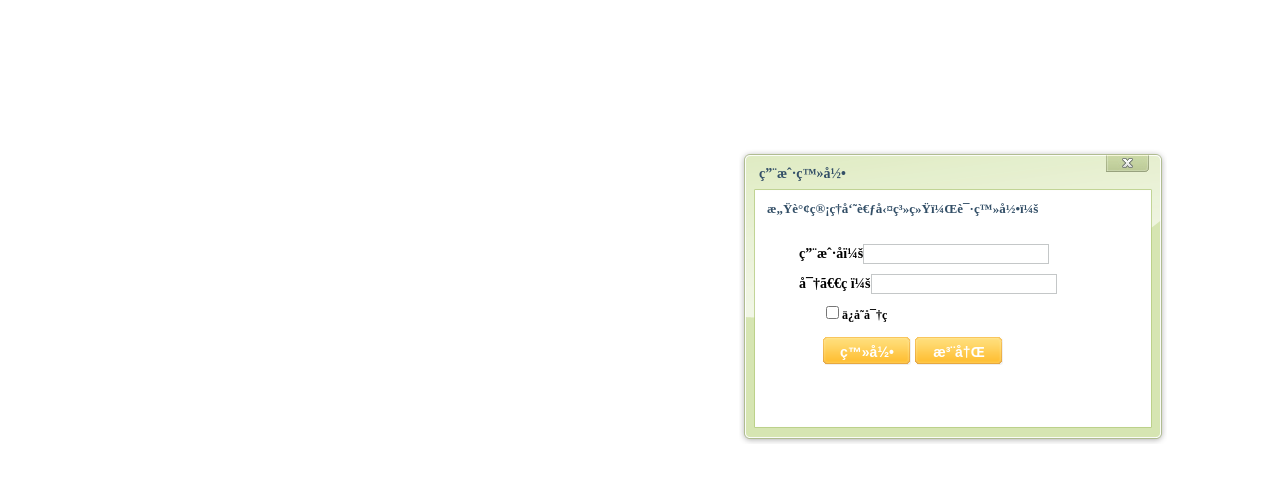
Repository: zhouyufan0568/SigningSystem
Page: http://localhost/SigningSystemServer/Login.jsp
An editor plug-in stored every save of this project. The page is shown before and after the next save, followed by the edit.
The browser window is 1280 px wide. The pictures show the whole page.
The page is served by Tomcat 9. Other server files are loaded and not shown.

Above is the page before, as saved 2018-04-20 14:57:40.

### SigningSystemServer/WebContent/Login.jsp
<html>

<head>
    <meta http-equiv="Content-Type" content="text/html; charset=utf-8">
    <title>考勤系统</title>
    <style type="text/css">
        body {
            font-size: 12px;
            background-color: #ffffff
        }

        td {
            font-size: 12px;
        }

        span {
            font-size: 12px;
        }

        .outer_box {
            position: absolute;
            width: 428px;
            height: 296px;
            left: 50%;
            top: 50%;
            margin-left: -214px;
            margin-top: -148px;
        }

        .prompt {
            width: 428px;
            height: 296px;
            text-align: left;
            display: block;
            filter: progid: DXImageTransform.Microsoft.AlphaImageLoader(enabled=true, sizingMethod=scale, src="images/prompt_bg.png" mce_src="images/prompt_bg.png");
            background: url(images/prompt_bg.png);
            _background: none;
            overflow: hidden;
        }

        .prompt h1 {
            float: left;
            font-size: 14px;
            font-weight: bold;
            text-align: left;
            margin: 18px 0 0 20px;
            color: #334f67;
            display: inline;
        }

        .prompt .close {
            position: relative;
            float: right;
            margin: 7px 18px 0 0;
        }

        .prompt h2 {
            clear: both;
            margin: 0 0 25px 28px;
            line-height: 18px;
            font-size: 13px;
            font-weight: bold;
            text-align: left;
            color: #334f67;
        }

        .prompt h3 {
            margin: 0px 0 6px 60px;
            text-align: left;
            font-size: 14px;
        }

        .prompt h3 .input_t {
            position: relative;
            border: #c4c7c8 1px solid;
            width: 186px;
            height: 20px;
            line-height: 20px;
        }

        .prompt h4 {
            margin: 0 0 10px 80px;
            font-size: 12px;
        }

        .prompt .ts5 {
            float: left;
            border: 1px solid #000;
            margin: -27px 0px 0 230px;
            height: 20px;
            line-height: 20px;
            background: #fffce9;
            border: 1px solid #edddab;
            padding: 0 5px;
            color: #c0880f;
            display: inline;
        }

        .prompt h4 .input_c {
            position: relative;
        }

        .prompt h4 span {
            float: left;
            margin-left: 5px;
            height: 30px;
            line-height: 30px;
        }

        .prompt h4 span a:link {
            position: relative;
            color: #fd6c01;
            text-decoration: underline;
        }

        .prompt h4 span a:visited {
            position: relative;
            color: #fd6c01;
            text-decoration: underline;
        }

        .prompt h4 .bottom {
            position: relative;
            float: left;
            margin-left: 4px;
            width: 88px;
            height: 30px;
            background: url(images/bottom.gif) no-repeat;
            border: none;
            cursor: pointer;
            font-size: 14px;
            font-weight: bold;
            color: #fff;
        }
    </style>
    <script type="text/javascript" src="/lib/md5.js"></script>
</head>

<body>
    <form name="form" onsubmit="do_login();return false;" method="post" action="/cgi-bin/do_login">
        <input type="hidden" name="uid" value="">

        <div id="loginattach" style="position: absolute; width: 428px; height: 296px; left: 739px; top: 148px; z-index: 10002;">
            <div class="prompt">
                <h1>用户登录</h1><span class="close"><img src="images/close.gif" onclick="do_close()"></span>
                <h2><br>感谢管理员考勤系统，请登录：</h2>
                <h3>用户名：<input name="uname" id="username" type="text" class="input_t" onmouseover="this.style.borderColor='#7dbde2'" onmouseout="this.style.borderColor='#c4c7c8'" onclick="this.value='';this.focus();" style="border-color: rgb(196, 199, 200);"></h3>
                <h3>密　码：<input name="pass" id="password" type="password" class="input_t" onmouseover="this.style.borderColor='#7dbde2'" onmouseout="this.style.borderColor='#c4c7c8'" onclick="this.value='';this.focus();" style="border-color: rgb(196, 199, 200);"></h3>
                <h4><input type="checkbox" name="drop" value="1" class="input_c" style="display:none;">&nbsp;<input type="checkbox" name="save_me" value="1" class="input_c">保存密码</h4>
                <h4><input type="submit" name="loginsubmit" value="登录" class="bottom"><input type="button" name="register" value="注册" class="bottom" onclick="Register()"></h4>
            </div>
        </div>

    </form>
</body>

</html>

Loaded but not shown: SigningSystemServer/WebContent/lib/md5.js (library)

After the next save:
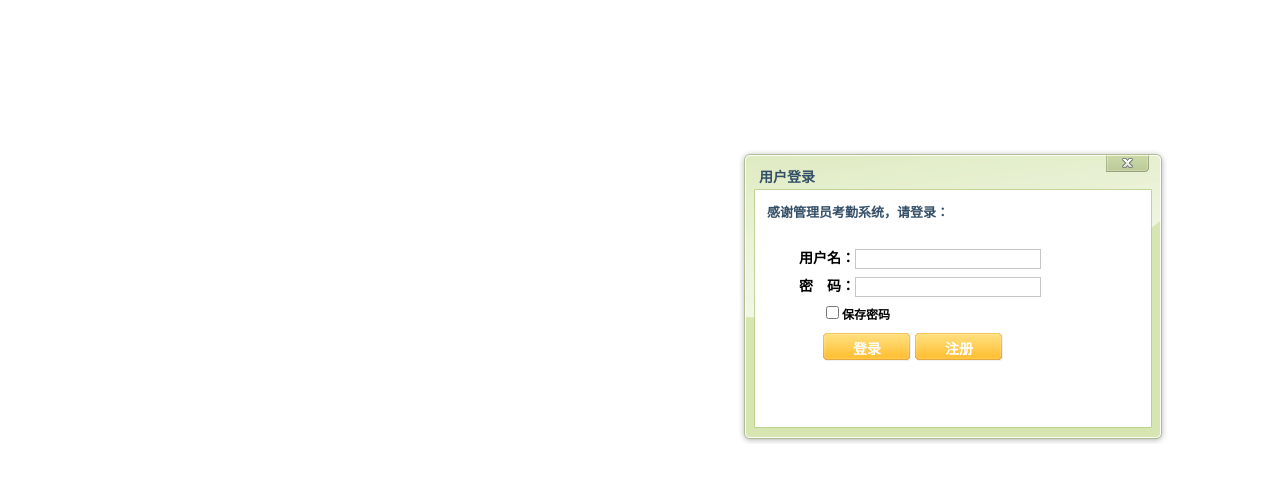
Saved 6 min 43 s later.
--- a/SigningSystemServer/WebContent/Login.jsp
+++ b/SigningSystemServer/WebContent/Login.jsp
@@ -1,3 +1,5 @@
+<%@ page language="java" contentType="text/html; charset=utf-8"
+pageEncoding="utf-8"%>
 <html>
 
 <head>
